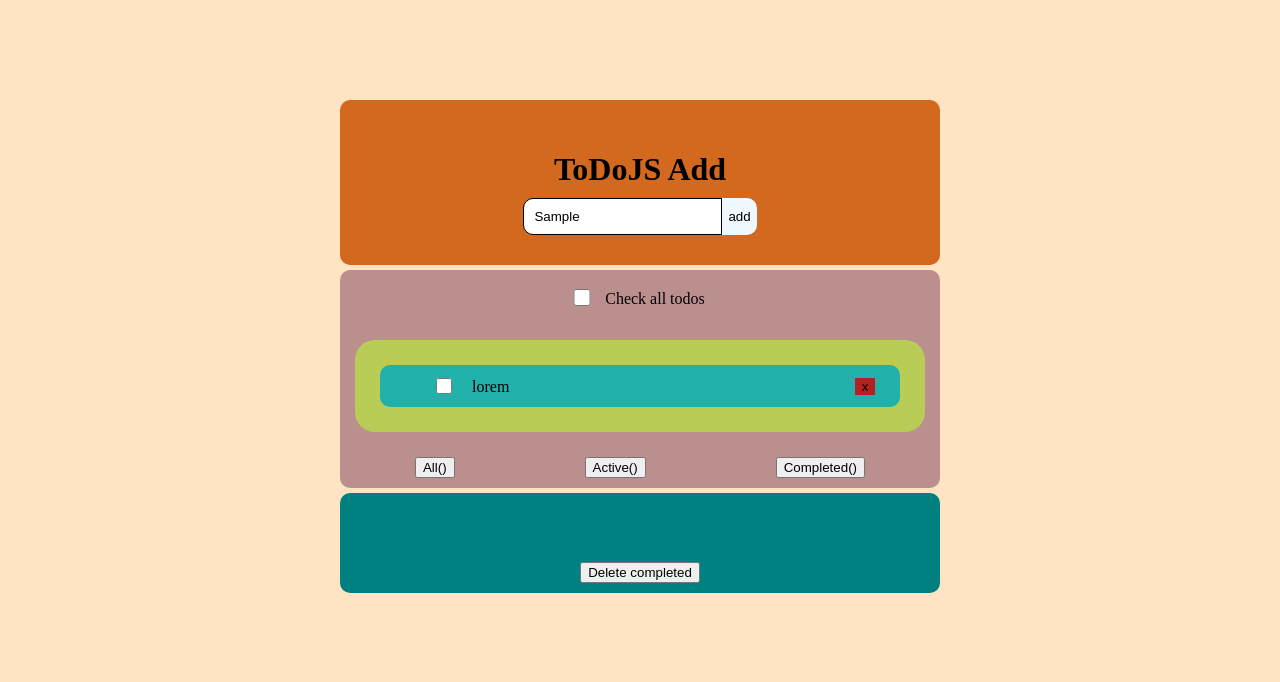
Repository: Savich01/ToDo
Page: index.html
These files come from the project's save history. The page is drawn as it stood at one moment and after the next save; the edit follows.
The browser window is 1280 px wide. The pictures show the whole page.
Empty fields were first filled with sample values (such as "Sample", 5 or name@example.com).
After loading, the first visible `form.personal` was submitted once.

Above is the page before, as saved 2024-05-08 12:28:21.

After the next save:
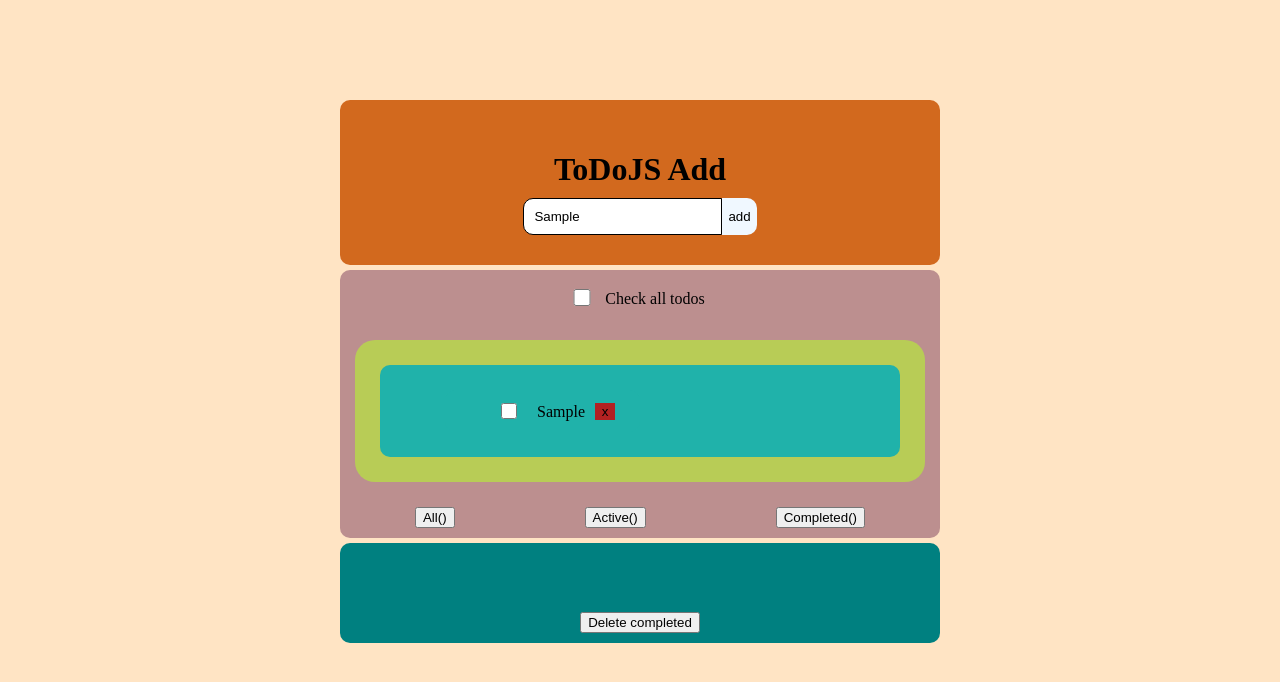
Saved 58 s later.
--- a/js/script.js
+++ b/js/script.js
@@ -26,7 +26,9 @@ taskForm.addEventListener('submit', function(event) {
                         х
                     </button>
                </ul>
-    `
+              `;
+              taskList.innerHTML = taskHTML;
+
 })
 
 
